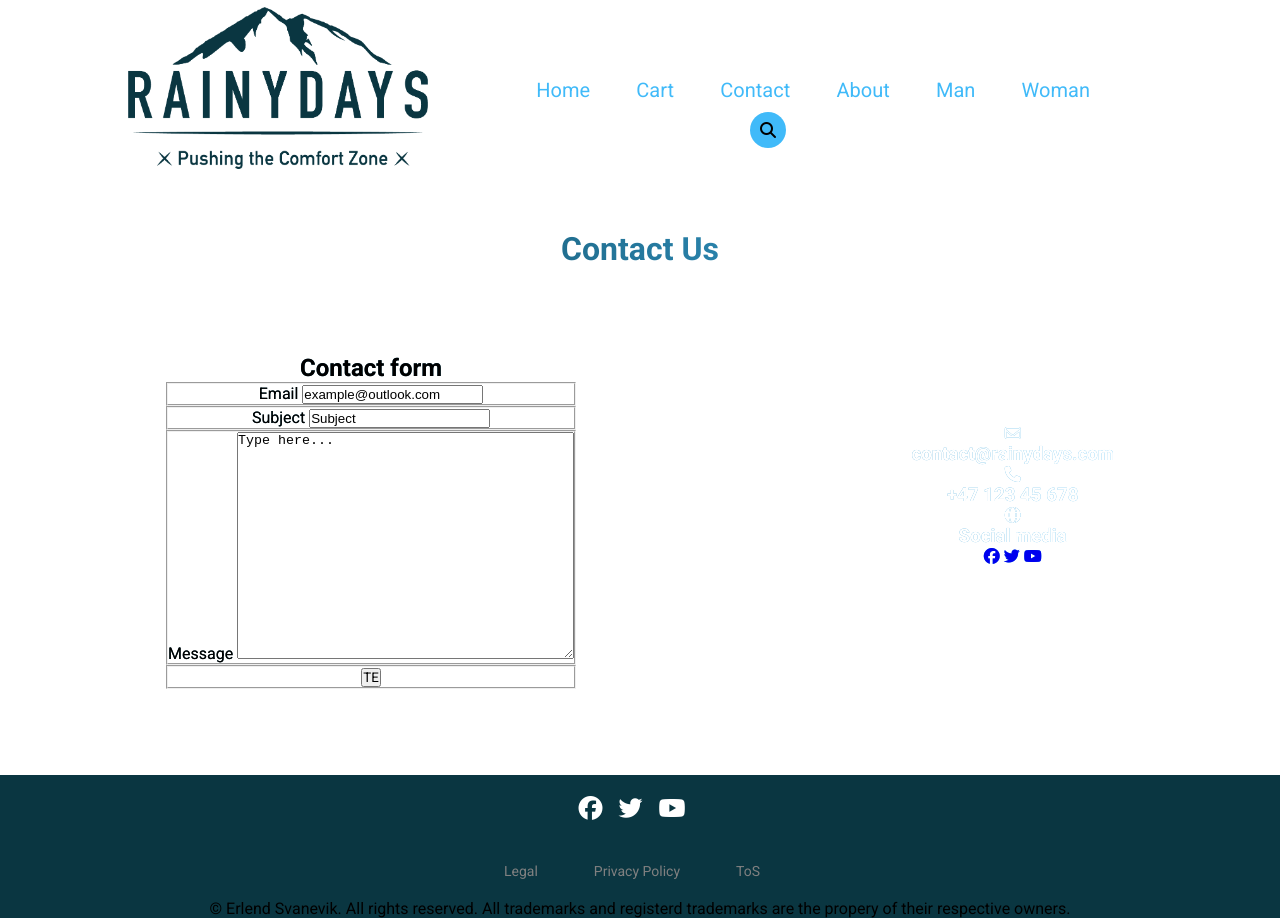
Repository: EpleWasTaken/RainyDays
Page: contact.html
These files come from the project's save history. The page is drawn as it stood at one moment and after the next save; the edit follows.
The browser window is 1280 px wide. The pictures show the whole page.
Some web libraries are served in a nearby version.

Above is the page before, as saved 2020-11-01 22:37:03.

### contact.html
<!DOCTYPE html>
<html lang="en">

<head>
  <title>Front Page</title>
  <meta charset="UTF-8">
  <meta name="viewport" content="width=device-width, initial-scale=1.0" />
  <link rel="stylesheet" href="https://fonts.googleapis.com/css2?family=Roboto:wght@400;700&display=swap" />
  <link rel="stylesheet" href="/css/styles.css" />
  <link rel="stylesheet" href="/css/footer.css" />
  <link rel="stylesheet" href="/css/contact.css" />
  <script src="https://kit.fontawesome.com/cafca22d75.js" crossorigin="anonymous"></script>
</head>

<body>
  <header>
    <div class="logo-container">
      <a href="index.html">
      <img src="./images/RainyDays_Logo.png" class="logo" alt="logo">
    </div>

    <nav>
      <ul class="nav-links">
        <li><a class="nav-link" href="index.html">Home</a></li>
        <li><a class="nav-link" href="cart.html">Cart</a></li>
        <li><a class="nav-link" href="contact.html">Contact</a></li>
        <li><a class="nav-link" href="about.html">About</a></li>
        <li><a class="nav-link" href="man.html">Man</a></li>
        <li><a class="nav-link" href="woman.html">Woman</a></li>
      </ul>
    </nav>
    <div class="search-box">
      <input class="search-txt" type="text" name="" placeholder="Type to search..." <a class="search-btn" href="#0">
      <i class="fas fa-search"></i>
      </a>
    </div>
  </header>
  <main>
    <h1>Contact Us</h1>
    <section class="contact-container">
      <section class="contact-form">
        <h2>Contact form</h2>
        <form action="submit.php" method="GET">
          <fieldset class="email">
            <label for="email">Email</label>
            <input type="email" name="email" placeholder="example@outlook.com">
          </fieldset>
          <fieldset class="subject">
            <label for="subject">Subject</label>
            <input type="subject" name="subject" placeholder="Subject">
          </fieldset>
          <fieldset class="message">
            <label for="message">Message</label>
            <textarea name="message" id="message" placeholder="Type here..." cols="40" rows="15"></textarea>
          </fieldset>
          <fieldset class="submit">
            <button class="btn-submit">TE</button>
          </fieldset>
        </form>
    </section>
    <section class="other-contacts">
      <div class="email">
        <i class="far fa-envelope"></i>
        <h3>contact@rainydays.com</h3>
      </div>
      <div class="phone">
        <i class="fas fa-phone"></i>
        <h3>+47 123 45 678</h3>
      </div>
      <div class="social-media">
        <i class="fas fa-globe"></i>
        <h3>Social media</h3>
        <div class="social-media-icons">
          <a href="#0"><i class="fab fa-facebook"></i></a>
          <a href="#0"><i class="fab fa-twitter"></i></a>
          <a href="#0"><i class="fab fa-youtube"></i></a>
        </div>
      </div>
    </section>
  </main>
  <footer class="footer">
    <div class="footer-container">
      <ul class="footer-social">
        <li>
          <a href="#0" class="facebook"><i class="fab fa-facebook"></i></a>
        </li>
        <li>
          <a href="#0" class="twitter"><i class="fab fa-twitter"></i></a>
        </li>
        <li>
          <a href="#0" class="youtube"><i class="fab fa-youtube"></i></a>
        </li>
      </ul>
    </div>
    <div class="footer-container">
      <div class="footer-legal">
        <a href="#0">Legal</a>
        <a href="#0">Privacy Policy</a>
        <a href="#0">ToS</a>
      </div>
      <div class="footer-copyright">
        &copy; Erlend Svanevik. All rights reserved. All trademarks and registerd trademarks are the propery of
        their respective owners.
      </div>
  </footer>
</body>

</html>

### css/styles.css
* {
	margin: 0;
	padding: 0;
	box-sizing: border-box;
}

body {
	font-family: "Roboto", sans-serif;
}

button {
	font-family: "Roboto", sans-serif;
}

header {
	display: flex;
	width: 80%;
	height: 25vh;
	margin: auto;
	align-items: center;
}

.logo-container,
.nav-links,
.search {
	display: flex;
}

.logo-container {
	flex: 1;
}

.logo {
	width: 300px;
}

nav {
	display: flex;
	flex: 4;
	justify-content: center;
	align-items: center;
	margin: auto;
}

.nav-links {
	justify-content: space-between;
	list-style: none;
	height: 30px;
	align-items: center;
	width: 600px;
}

.nav-link {
	display: flex;
	color: #40baf9;
	font-size: 20px;
	text-decoration: none;
}

.search {
	flex: 1;
	justify-content: flex-end;
}

.presentation {
	display: flex;
	width: 80%;
	margin: auto;
	min-height: 80vh;
	align-items: center;
}

.introduction {
	flex: 1;
}

.slogan-text {
	font-size: 30px;
	font-weight: 500;
	background: linear-gradient(to right, #0a3641, #40baf9);
	-webkit-background-clip: text;
	-webkit-text-fill-color: transparent;
}

.slogan-text p {
	margin: 5px;
	font-size: 22px;
	color: grey;
}

.cta {
	padding: 50px 50px 0px 0px;
}

.cta-col {
	border: 2px solid #0a3641;
	background: transparent;
	color: #0a3641;
	width: 150px;
	height: 50px;
	cursor: pointer;
	font-size: 20px;
}

.cta-view {
	background: #0a3641;
	width: 150px;
	height: 50px;
	cursor: pointer;
	font-size: 20px;
	border: none;
	color: white;
	margin: 30px 0px 0px 30px;
}

.cover {
	flex: 1;
}

.cover img {
	height: 60vh;
}

/* SEARCHBAR */

.search-box {
	position: absolute;
	top: 18%;
	left: 60%;
	transform: translate(-50%, -50%);
	background: #40baf9;
	height: 36px;
	border-radius: 40px;
	padding: 10px;
	display: flex;
	justify-content: center;
	align-items: center;
}

.search-txt {
	border: none;
	background: none;
	outline: none;
	float: left;
	padding: 0;
	color: black;
	font-size: 16px;
	transition: 0.4s;
	line-height: 40px;
	width: 0px;
}

.search-box:hover > .search-txt {
	width: 240px;
	padding: 0 6px;
}

::placeholder {
	color: black;
}

.search-btn {
	color: #0a3641;
	float: right;
	width: 40px;
	height: 40px;
	border-radius: 50%;
}

.search-btn i {
	cursor: pointer;
}

@media screen and (max-width: 1024px) {
	.presentation {
		flex-direction: column;
	}

	.introduction {
		margin-top: 5vh;
		text-align: center;
	}

	.slogan-text h1 {
		font-size: 30px;
	}

	.slogan-text p {
		font-size: 18px;
	}

	.cta {
		padding: 10px 0px 20px 0px;
	}

	.logo {
		width: 270px;
	}

	.search-box {
		top: 18%;
		left: 70%;
		transform: none;
		width: 240px;
	}

	.nav-links {
		width: 400px;
	}

	nav {
		display: none;
	}

	.search-box {
		display: none;
	}
}

### css/footer.css
/* FOOTER */

footer {
	display: flex;
	flex-direction: column;
	justify-content: center;
	align-items: center;
	background-color: #0a3641;
	position: relative;
	bottom: 0;
	left: 0;
	right: 0;
}

.footer-social {
	display: flex;
	align-items: center;
	justify-content: center;
	list-style: none;
	padding: 20px;
	font-size: 1.5rem;
}

.footer-social li {
	margin-right: 1rem;
}

.footer-social a {
	text-decoration: none;
	color: white;
}

.footer-social li a.facebook:hover {
	color: #3b5998;
}

.footer-social li a.twitter:hover {
	color: #00acee;
}

.footer-social li a.youtube:hover {
	color: #c4302b;
}

.footer-legal {
	display: flex;
	justify-content: center;
	align-items: center;
	font-size: 2rem;
}

.footer-legal a {
	color: grey;
	text-decoration: none;
	margin-right: 1rem;
	font-size: 14px;
	padding: 20px;
}

.footer-legal a:hover {
	color: white;
}

.footer-copyright p {
	display: flex;
	text-decoration: none;
	margin-right: 1rem;
	font-size: 14px;
	padding: 20px;
}

/* MEDIA QUERIES */

@media screen and (max-with: 1024px) {
	footer .footer_container {
		flex-direction: row;
	}

	footer .footer_container.flex {
		display: unset;
	}
}

### css/contact.css
* {
	margin: 0;
	padding: 0;
	box-sizing: inherit;
}

html {
	font-family: "Roboto", sans-serif;
	box-sizing: border-box;
}

main {
	padding-top: 50px;
	margin-left: 5rem;
	padding-right: 5rem;
}

h1 {
	display: flex;
	align-items: center;
	justify-content: center;
	margin: auto;
	background: linear-gradient(to right, #0a3641, #40baf9);
	-webkit-background-clip: text;
	-webkit-text-fill-color: transparent;
}

.contact-container {
	display: grid;
	grid-template-columns: 1fr;
	gap: 4rem 2rem;
	margin: 5%;
	background: linear-gradient(to right, #0a3641, #40baf9);
	-webkit-background-clip: text;
}

section.contact-container {
	display: flex;
	justify-content: space-between;
	text-align: center;
	height: 100%;
	padding: 30px;
}

section.contact-container .email,
section.contact-container .subject {
	font-size: 1rem;
}

section.contact-form {
	display: flex;
	flex-direction: column;
	align-items: center;
}

section .subject {
}

fieldset.message label {
}

fieldset {
	width: 100%;
}

fieldset.btn-submit {
	width: 100%;
}

section.other-contacts {
	border-top-style: solid;
	border-top-width: 70px;
	color: white;
}

@media screen and (max-width: 1024px) {
	.contact-container {
		grid-template-columns: 2fr 3fr;
	}

	section.contact-container {
		display: flex;
		flex-direction: column;
	}
}

After the next save:
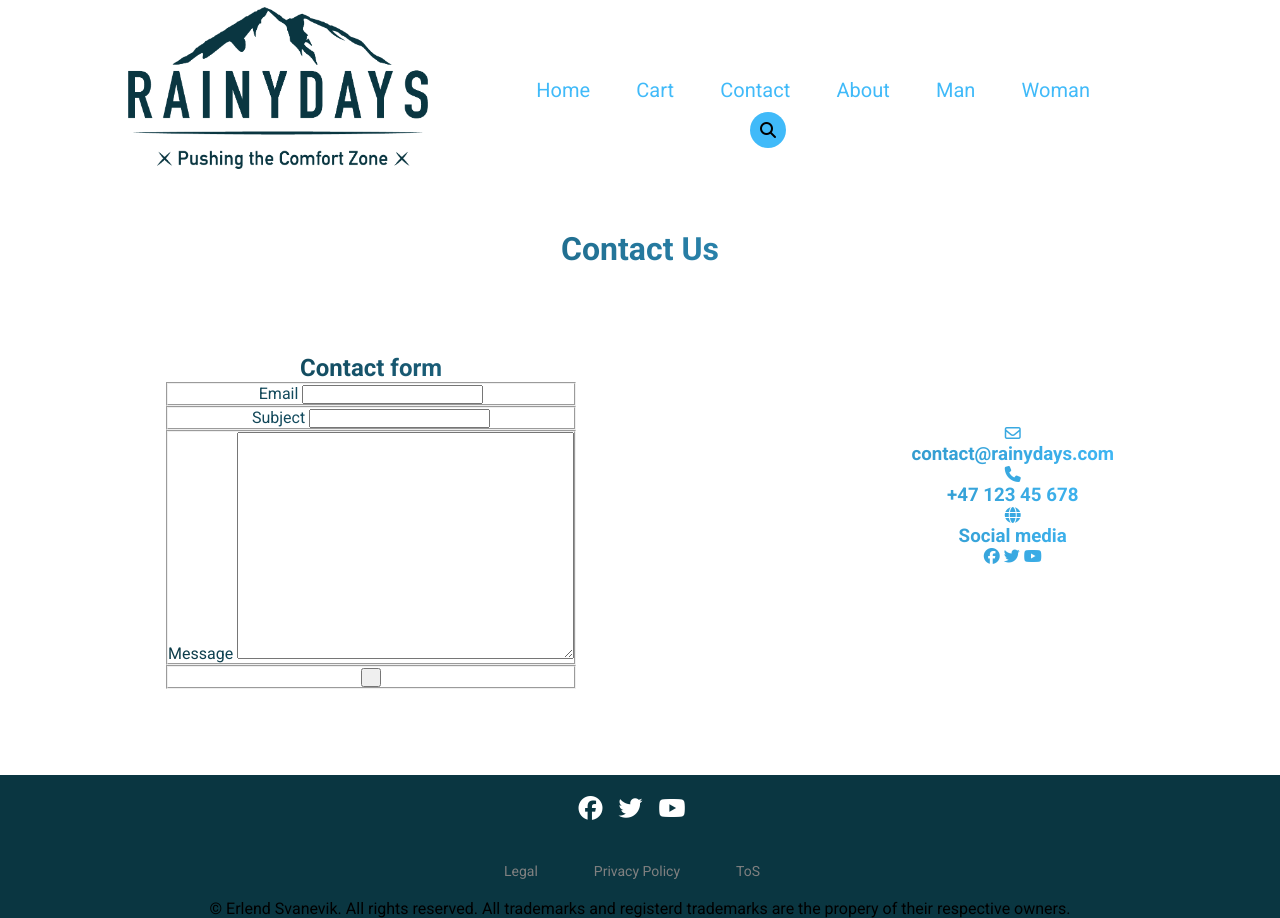
Saved 13 s later.
--- a/css/contact.css
+++ b/css/contact.css
@@ -32,6 +32,7 @@ h1 {
 	margin: 5%;
 	background: linear-gradient(to right, #0a3641, #40baf9);
 	-webkit-background-clip: text;
+	-webkit-text-fill-color: transparent;
 }
 
 section.contact-container {
